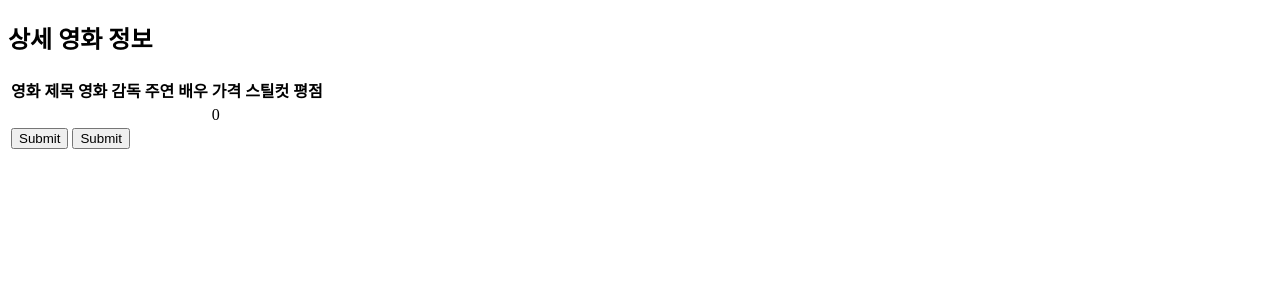
Repository: shinymusket/ideal-memory2
Page: http://localhost/homework10/MIS
An editor plug-in stored every save of this project. The page is shown before and after the next save, followed by the edit.
The browser window is 1280 px wide. The pictures show the whole page.
The page is served by Tomcat 9. Other server files are loaded and not shown. Queries for data that is not in the repository find no rows.

Above is the page before, as saved 2022-06-16 07:04:43.

### homework10/WebContent/movieInfo.jsp
<%@ page language="java" contentType="text/html; charset=UTF-8"
    pageEncoding="UTF-8"%>
<!DOCTYPE html>
<html>
<head>
<meta charset="UTF-8">
<title>상세 영화 정보 페이지</title>
</head>
<body>
	<h2>상세 영화 정보</h2>
	<table>
		<tr>
			<th>영화 제목</th>
			<th>영화 감독</th>
			<th>주연 배우</th>
			<th>가격</th>
			<th>스틸컷</th>
			<th>평점</th>
		</tr>
		<tr>
			<td>${movie.movieName}</td>
			<td>${movie.movieDirector}</td>
			<td>${movie.leadingActor}</td>
			<td>${movie.moviePrice}</td>
			<td>${movie.stillCutPath}</td>
			<td>${movie.grade}</td>
		</tr>
		<tr>
			<td colspan="6">
				<input type="submit" vaule="삭제">
				<input type="submit" vaule="삭제">
			</td>
		</tr>
	</table>
</body>
</html>

### homework10/src/com/green/servlet/MovieInfoServlet.java
package com.green.servlet;

import java.io.IOException;

import javax.servlet.ServletException;
import javax.servlet.annotation.WebServlet;
import javax.servlet.http.HttpServlet;
import javax.servlet.http.HttpServletRequest;
import javax.servlet.http.HttpServletResponse;

import com.green.dao.MovieDAO;
import com.green.vo.MovieVO;


@WebServlet("/MIS")
public class MovieInfoServlet extends HttpServlet {
	protected void doGet(HttpServletRequest request, HttpServletResponse response) throws ServletException, IOException {
		request.setCharacterEncoding("UTF-8");
		String movieCode = request.getParameter("movieCode");
		MovieDAO dao = MovieDAO.getInstance();
		MovieVO mVo = new MovieVO();

		mVo = dao.getMovieInfo(movieCode);
		request.setAttribute("movie", mVo);
		request.getRequestDispatcher("movieInfo.jsp").forward(request, response);

	}

	protected void doPost(HttpServletRequest request, HttpServletResponse response) throws ServletException, IOException {

	}

}

### homework10/src/com/green/dao/MovieDAO.java
package com.green.dao;

import java.sql.Connection;
import java.sql.PreparedStatement;
import java.sql.ResultSet;
import java.sql.Statement;
import java.util.ArrayList;

import javax.naming.Context;
import javax.naming.InitialContext;
import javax.sql.DataSource;

import com.green.vo.MovieVO;

import oracle.jdbc.proxy.annotation.GetCreator;


public class MovieDAO {
	private MovieDAO() {}
	private static MovieDAO dao = new MovieDAO();
	public static MovieDAO getInstance() {
		return dao;
	}

	public Connection getConnection() throws Exception {
		Connection conn = null;
		Context initContext = new InitialContext();
		Context envContext  = (Context)initContext.lookup("java:/comp/env");
		DataSource ds = (DataSource)envContext.lookup("jdbc/myoracle");
		conn = ds.getConnection();

		return conn;
	}

	// 1. 영화 목록을 가져오는 메서드
	public ArrayList<MovieVO> getMoiveList() {
		ArrayList<MovieVO> movieList = new ArrayList<>();

		Connection conn = null;
		Statement stmt = null;
		ResultSet rs = null;

		String sql = "SELECT * FROM MovieInfoTbl";

		try {
			conn = getConnection();
			stmt = conn.createStatement();
			rs = stmt.executeQuery(sql);

			while (rs.next()) {
				MovieVO mVo = new MovieVO();
				String movieCode = rs.getString("MovieCode");
				String movieName = rs.getString("MovieName");
				String movieDirector = rs.getString("MovieDirector");
				String leadingActor = rs.getString("LeadingActor");
				int moviePrice = Integer.parseInt(rs.getString("MoviePrice"));
				String stillCutPath = rs.getString("StillCutPath");
				Double grade = rs.getDouble("grade");

				mVo.setMovieCode(movieCode);
				mVo.setMovieName(movieName);
				mVo.setMovieDirector(movieDirector);
				mVo.setLeadingActor(leadingActor);
				mVo.setMoviePrice(moviePrice);
				mVo.setStillCutPath(stillCutPath);
				mVo.setGrade(grade);

				movieList.add(mVo);
			}


		} catch(Exception e) {
			e.printStackTrace();
		} finally {
			try {
				if (rs != null) rs.close();
				if (stmt != null) stmt.close();
				if (conn != null) conn.close();

			} catch(Exception e) {
				e.printStackTrace();
			}
		}

		return movieList;
	}

	// 2. 영화를 등록하는 메서드
	public void regMovie(MovieVO mVo) {
		Connection conn = null;
		PreparedStatement psmt = null;

		String sql = "INSERT INTO MovieInfoTbl VALUES (MCODE_SEQ.nextval, ?, ?, ?, ?, ?, ?)";

		try {
			conn = getConnection();
			psmt = conn.prepareStatement(sql);

			psmt.setString(1, mVo.getMovieName());
			psmt.setString(2, mVo.getMovieDirector());
			psmt.setString(3, mVo.getLeadingActor());
			psmt.setInt(4, mVo.getMoviePrice());
			psmt.setString(5, mVo.getStillCutPath());
			psmt.setDouble(6, mVo.getGrade());

			psmt.executeUpdate();

		} catch(Exception e) {
			e.printStackTrace();
		} finally {
			try {
				if (psmt != null) psmt.close();
				if (conn != null) conn.close();
			} catch(Exception e) {
				e.printStackTrace();
			}
		}


	}

	// 3. 영화 코드로 정보 가져오기
	public MovieVO getMovieInfo(String movieCode) {
		MovieVO mVo = new MovieVO();

		Connection conn = null;
		PreparedStatement psmt = null;
		ResultSet rs = null;

		String sql = "SELECT * FROM MovieInfoTbl WHERE moviecode=?";

		try {
			conn = getConnection();
			psmt = conn.prepareStatement(sql);

			psmt.setString(1, movieCode);

			rs = psmt.executeQuery();

			if (rs.next()) {
				String movieName = rs.getString("MovieName");
				String movieDirector = rs.getString("MovieDirector");
				String leadingActor = rs.getString("LeadingActor");
				int moviePrice = Integer.parseInt(rs.getString("MoviePrice"));
				String stillCutPath = rs.getString("StillCutPath");
				Double grade = rs.getDouble("grade");


				mVo.setMovieCode(movieCode);
				mVo.setMovieName(movieName);
				mVo.setMovieDirector(movieDirector);
				mVo.setLeadingActor(leadingActor);
				mVo.setMoviePrice(moviePrice);
				mVo.setStillCutPath(stillCutPath);
				mVo.setGrade(grade);
			}



		} catch(Exception e) {
			e.printStackTrace();
		} finally {
			try {
				if (rs != null) rs.close();
				if (psmt != null) psmt.close();
				if (conn != null) conn.close();

			} catch(Exception e) {
				e.printStackTrace();
			}
		}


		return mVo;
	}

}

### homework10/src/com/green/vo/MovieVO.java
package com.green.vo;

public class MovieVO {
	private String movieCode;
	private String movieName;
	private String movieDirector;
	private String leadingActor;
	private int moviePrice;
	private String stillCutPath;
	private Double grade;

	public String getMovieCode() {
		return movieCode;
	}
	public void setMovieCode(String movieCode) {
		this.movieCode = movieCode;
	}
	public String getMovieName() {
		return movieName;
	}
	public void setMovieName(String movieName) {
		this.movieName = movieName;
	}
	public String getMovieDirector() {
		return movieDirector;
	}
	public void setMovieDirector(String movieDirector) {
		this.movieDirector = movieDirector;
	}
	public String getLeadingActor() {
		return leadingActor;
	}
	public void setLeadingActor(String leadingActor) {
		this.leadingActor = leadingActor;
	}
	public int getMoviePrice() {
		return moviePrice;
	}
	public void setMoviePrice(int moviePrice) {
		this.moviePrice = moviePrice;
	}
	public String getStillCutPath() {
		return stillCutPath;
	}
	public void setStillCutPath(String stillCutPath) {
		this.stillCutPath = stillCutPath;
	}
	public Double getGrade() {
		return grade;
	}
	public void setGrade(Double grade) {
		this.grade = grade;
	}

}

After the next save:
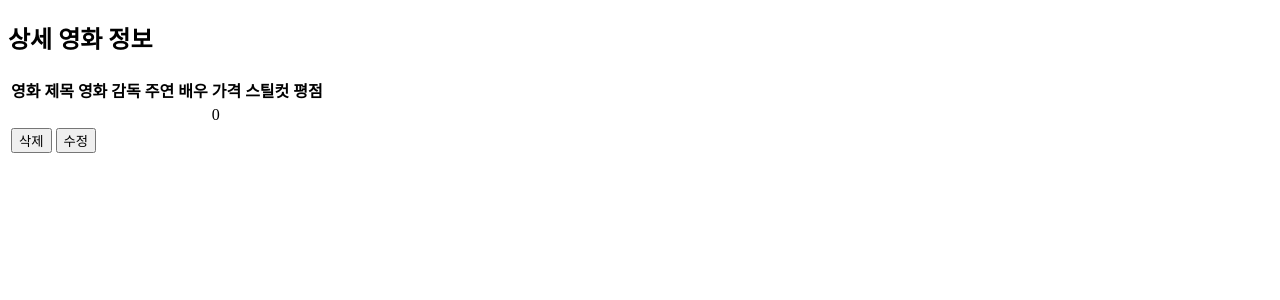
Saved 11 s later.
--- a/homework10/WebContent/movieInfo.jsp
+++ b/homework10/WebContent/movieInfo.jsp
@@ -27,8 +27,8 @@
 		</tr>
 		<tr>
 			<td colspan="6">
-				<input type="submit" vaule="삭제">
-				<input type="submit" vaule="삭제">
+				<input type="submit" value="삭제">
+				<input type="submit" value="수정">
 			</td>
 		</tr>
 	</table>
